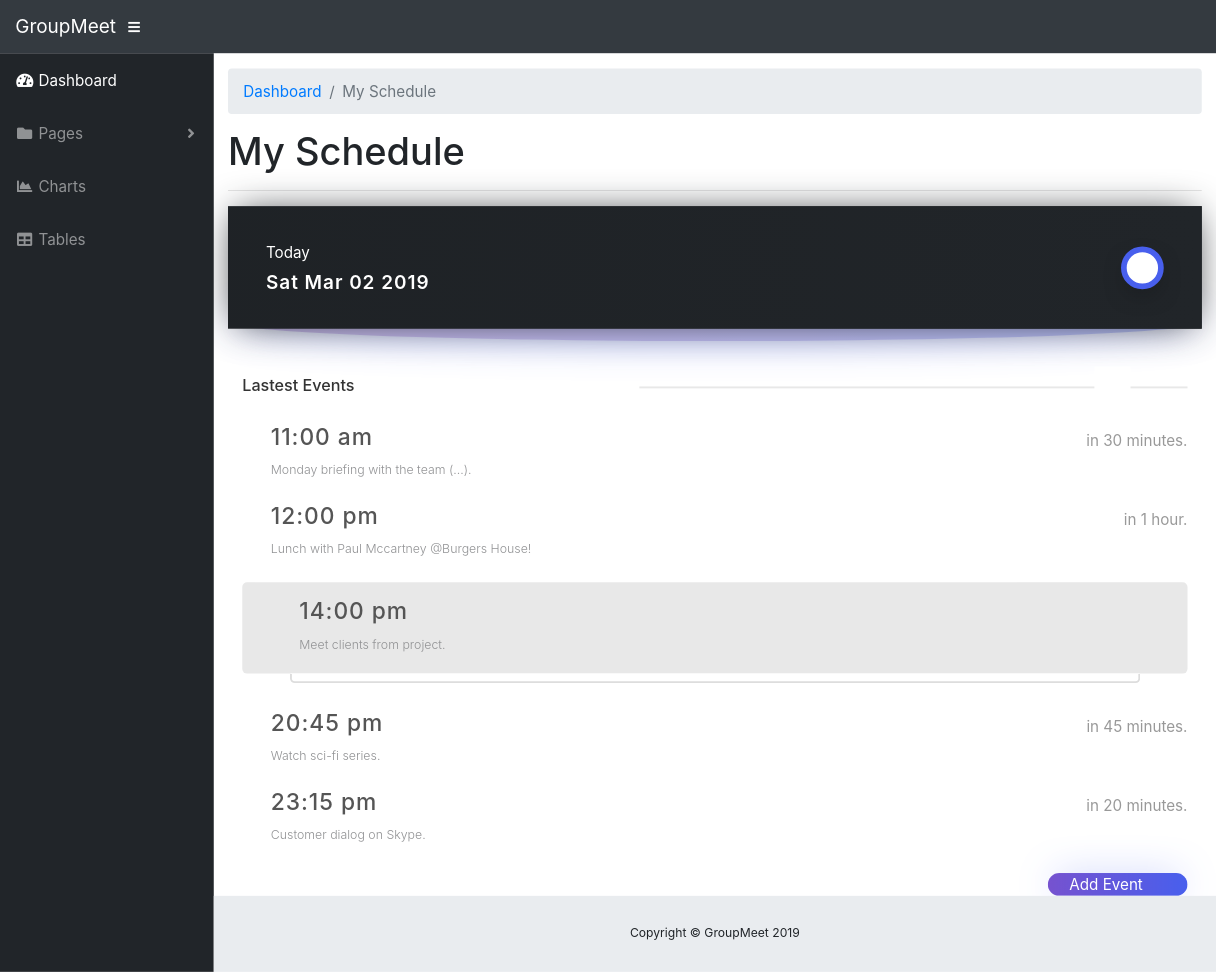
Repository: Map2g/GroupMeet
Page: messing_around.html
The author's editor kept a record of every edit. The page is drawn from the files as they stood at one moment, then again after the next edit.
The browser window is 1280 px wide. The pictures show the whole page, at 95% of full size.

Above is the page before.

### messing_around.html
<!DOCTYPE html>
  <meta charset="utf-8">
  <meta http-equiv="X-UA-Compatible" content="IE=edge">
  <meta name="viewport" content="width=device-width, initial-scale=1, shrink-to-fit=no">
  <meta name="description" content="">
  <meta name="author" content="">

  <title>SB Admin - Dashboard</title>

  <!-- Custom fonts for this template-->
  <link href="vendor/fontawesome-free/css/all.min.css" rel="stylesheet" type="text/css">

  <!-- Page level plugin CSS-->
  <link href="vendor/datatables/dataTables.bootstrap4.css" rel="stylesheet">
  <link href="calendar.css" rel="stylesheet">

  <!-- Custom styles for this template-->
  <link href="css/sb-admin.css" rel="stylesheet">

</head>

<body id="page-top">

  <nav class="navbar navbar-expand navbar-dark bg-dark static-top">

    <a class="navbar-brand mr-1" href="index.html">GroupMeet</a>

    <button class="btn btn-link btn-sm text-white order-1 order-sm-0" id="sidebarToggle" href="#">
      <i class="fas fa-bars"></i>
    </button>

    <!-- Navbar Search
    <form class="d-none d-md-inline-block form-inline ml-auto mr-0 mr-md-3 my-2 my-md-0">
      <div class="input-group">
        <input type="text" class="form-control" placeholder="Search for..." aria-label="Search" aria-describedby="basic-addon2">
        <div class="input-group-append">
          <button class="btn btn-primary" type="button">
            <i class="fas fa-search"></i>
          </button>
        </div>
      </div>
    </form>

    <!-- Navbar
    <ul class="navbar-nav ml-auto ml-md-0">
      <li class="nav-item dropdown no-arrow mx-1">
        <a class="nav-link dropdown-toggle" href="#" id="alertsDropdown" role="button" data-toggle="dropdown" aria-haspopup="true" aria-expanded="false">
          <i class="fas fa-bell fa-fw"></i>
          <span class="badge badge-danger">9+</span>
        </a>
        <div class="dropdown-menu dropdown-menu-right" aria-labelledby="alertsDropdown">
          <a class="dropdown-item" href="#">Action</a>
          <a class="dropdown-item" href="#">Another action</a>
          <div class="dropdown-divider"></div>
          <a class="dropdown-item" href="#">Something else here</a>
        </div>
      </li>
      <li class="nav-item dropdown no-arrow mx-1">
        <a class="nav-link dropdown-toggle" href="#" id="messagesDropdown" role="button" data-toggle="dropdown" aria-haspopup="true" aria-expanded="false">
          <i class="fas fa-envelope fa-fw"></i>
          <span class="badge badge-danger">7</span>
        </a>
        <div class="dropdown-menu dropdown-menu-right" aria-labelledby="messagesDropdown">
          <a class="dropdown-item" href="#">Action</a>
          <a class="dropdown-item" href="#">Another action</a>
          <div class="dropdown-divider"></div>
          <a class="dropdown-item" href="#">Something else here</a>
        </div>
      </li>
      <li class="nav-item dropdown no-arrow">
        <a class="nav-link dropdown-toggle" href="#" id="userDropdown" role="button" data-toggle="dropdown" aria-haspopup="true" aria-expanded="false">
          <i class="fas fa-user-circle fa-fw"></i>
        </a>
        <div class="dropdown-menu dropdown-menu-right" aria-labelledby="userDropdown">
          <a class="dropdown-item" href="#">Settings</a>
          <a class="dropdown-item" href="#">Activity Log</a>
          <div class="dropdown-divider"></div>
          <a class="dropdown-item" href="#" data-toggle="modal" data-target="#logoutModal">Logout</a>
        </div>
      </li>
    </ul>-->

  </nav>

  <div id="wrapper">

    <!-- Sidebar -->
    <ul class="sidebar navbar-nav">
      <li class="nav-item active">
        <a class="nav-link" href="index.html">
          <i class="fas fa-fw fa-tachometer-alt"></i>
          <span>Dashboard</span>
        </a>
      </li>
      <li class="nav-item dropdown">
        <a class="nav-link dropdown-toggle" href="#" id="pagesDropdown" role="button" data-toggle="dropdown" aria-haspopup="true" aria-expanded="false">
          <i class="fas fa-fw fa-folder"></i>
          <span>Pages</span>
        </a>
        <div class="dropdown-menu" aria-labelledby="pagesDropdown">
          <h6 class="dropdown-header">Login Screens:</h6>
          <a class="dropdown-item" href="login.html">Login</a>
          <a class="dropdown-item" href="register.html">Register</a>
          <a class="dropdown-item" href="forgot-password.html">Forgot Password</a>
          <div class="dropdown-divider"></div>
          <h6 class="dropdown-header">Group Management:</h6>
          <a class="dropdown-item" href="register_group.html">Create a Group</a>
          <a class="dropdown-item" href="blank.html">View Group</a>
        </div>
      </li>
      <li class="nav-item">
        <a class="nav-link" href="charts.html">
          <i class="fas fa-fw fa-chart-area"></i>
          <span>Charts</span></a>
      </li>
      <li class="nav-item">
        <a class="nav-link" href="tables.html">
          <i class="fas fa-fw fa-table"></i>
          <span>Tables</span></a>
      </li>
    </ul>

    <div id="content-wrapper">

      <div class="container-fluid">

        <!-- Breadcrumbs-->
        <ol class="breadcrumb">
          <li class="breadcrumb-item">
            <a href="index.html">Dashboard</a>
          </li>
          <li class="breadcrumb-item active">My Schedule</li>
        </ol>

        <!-- Page Content -->
        <h1>My Schedule</h1>
        <hr>

         <!--======= Today =======-->

   <section class="today-box" id="today-box">
      <span class="breadcrumb2">Today</span>  <!--Doesn't work right-->
      <h3 class="date-title"><script>document.write(new Date().toDateString());</script></h3>
      <div class="plus-icon">
         <i class="ion ion-ios-add"></i>
      </div>
   </section>

   <!--======= Upcoming Events =======-->

   <section class="upcoming-events">
      <div class="container">
         <h3>
            Lastest Events

         </h3>
         <div class="events-wrapper">
            <div class="event">
               <i class="ion ion-ios-flame hot"></i>
               <h4 class="event__point">11:00 am</h4>
               <span class="event__duration">in 30 minutes.</span>
               <p class="event__description">
                  Monday briefing with the team (...).
               </p>
            </div>
            <div class="event">
               <i class="ion ion-ios-flame done"></i>
               <h4 class="event__point">12:00 pm</h4>
               <span class="event__duration">in 1 hour.</span>
               <p class="event__description">
                  Lunch with Paul Mccartney @Burgers House!
               </p>
            </div>
            <div class="event active">
               <i class="ion ion-ios-radio-button-on icon-in-active-mode"></i>
               <h4 class="event__point">14:00 pm</h4>
               <p class="event__description">
                  Meet clients from project.
               </p>
            </div>
            <div class="event">
               <i class="ion ion-ios-flame-outline upcoming"></i>
               <h4 class="event__point">20:45 pm</h4>
               <span class="event__duration">in 45 minutes.</span>
               <p class="event__description">
                  Watch sci-fi series.
               </p>
            </div>
            <div class="event">
               <i class="ion ion-ios-flame-outline upcoming"></i>
               <h4 class="event__point">23:15 pm</h4>
               <span class="event__duration">in 20 minutes.</span>
               <p class="event__description">
                  Customer dialog on Skype.
               </p>
            </div>
         </div>
         <button class="add-event-button">
            <span class="add-event-button__title">Add Event</span>

            <span class="add-event-button__icon">
               <i class="ion ion-ios-star-outline"></i>
            </span>


         </button>
      </div>
   </section>


      </div>
      <!-- /.container-fluid -->

      <!-- Sticky Footer -->
      <footer class="sticky-footer">
        <div class="container my-auto">
          <div class="copyright text-center my-auto">
            <span>Copyright © GroupMeet 2019</span>
          </div>
        </div>
      </footer>

    </div>
    <!-- /.content-wrapper -->

  </div>
  <!-- /#wrapper -->

  <!-- Scroll to Top Button-->
  <a class="scroll-to-top rounded" href="#page-top">
    <i class="fas fa-angle-up"></i>
  </a>

  <!-- Logout Modal-->
  <div class="modal fade" id="logoutModal" tabindex="-1" role="dialog" aria-labelledby="exampleModalLabel" aria-hidden="true">
    <div class="modal-dialog" role="document">
      <div class="modal-content">
        <div class="modal-header">
          <h5 class="modal-title" id="exampleModalLabel">Ready to Leave?</h5>
          <button class="close" type="button" data-dismiss="modal" aria-label="Close">
            <span aria-hidden="true">×</span>
          </button>
        </div>
        <div class="modal-body">Select "Logout" below if you are ready to end your current session.</div>
        <div class="modal-footer">
          <button class="btn btn-secondary" type="button" data-dismiss="modal">Cancel</button>
          <a class="btn btn-primary" href="login.html">Logout</a>
        </div>
      </div>
    </div>
  </div>

  <!-- Bootstrap core JavaScript-->
  <script src="vendor/jquery/jquery.min.js"></script>
  <script src="vendor/bootstrap/js/bootstrap.bundle.min.js"></script>

  <!-- Core plugin JavaScript-->
  <script src="vendor/jquery-easing/jquery.easing.min.js"></script>

  <!-- Custom scripts for all pages-->
  <script src="js/sb-admin.min.js"></script>

</body>

</html>

### calendar.css

html {
   box-sizing: border-box;
}

*, *:before, *:after {
   box-sizing: inherit;
}

* {
   outline: 0;
}

/*body {
   background: linear-gradient(45deg, rgb(19, 73, 95), rgb(118, 75, 226), rgb(131, 115, 198), rgb(119, 211, 185));
   background-attachment: fixed;
   height:100vh;
   padding: 3rem 0;
   margin: 0;
   color: #555;
   font: {
      family: 'Lato', sans-serif;
      size: 14px;
   }
}*/

.container {
   width: 90%;
   margin: auto;
}

.mobile-wrapper {
   background: #fff;
   /* relative with .today-box::before*/
   z-index: 1;  /*positive*/ // PARENT
   position: relative;
   /*---------*/
   width: 380px;
   min-height: 100%;
   margin: auto;
   padding: 10px 0 20px;
   border-radius: 10px;
   box-shadow: 0px 10px 30px -10px #000;
   overflow: hidden;

}

/*.header {
   padding-bottom: 15px;
   margin-bottom: 40px;
   .container {
      position: relative;
      span {
         color: #444;
         font: {
            family: 'Ramabhadra';
            size: 21px;
            weight: 700;
         }
      }
      h1 {
         margin-top: 5px;
         color: #919294;
         font: {
            size: 13px;
            weight: 300;
         }
      }

      .menu-toggle {
         width: 25px;
         height: 25px;
         background: #fff;
         padding: 24px;
         border-radius: 50%;
         direction: rtl;
         display: flex;
         align-items: center;
         justify-content: center;
         box-shadow: 0px 10px 30px -14px #000;
         position: absolute;
         top: 0;
         right: 0;
         cursor: pointer;
         span {
            display: block;
            width: 25px;
            height: 2px;
            background: #777;
            border-radius: 2px;
            transition: all 300ms ease;
            &:not(:last-child) {
               margin-bottom: 5px;
            }
            &:first-child {
               width: 20px;
            }
            &:last-child {
               width: 15px;
            }
         }
         &:hover span:first-child,
         &:hover span:last-child {
            width: 100%;
         }
      }
      &::before {
         content: "";
         display: block;
         width: 0;
         height: 0;
         border: 6px solid transparent;
         border-left-color: #e8e8e8;
         position: absolute;
         bottom: -13px;
         right: 0px;
      }
      &::after {
         content: "";
         display: block;
         width: calc(100% - 10px);
         height: 2px;
         background-color: #e8e8e8;
         position: relative;
         top: 8px;
      }
   }
}*/

.today-box {
   background: linear-gradient(to left, #212529, rgba(0, 0, 0, 0.075)), #212529;
   color: #FFF;
   padding: 37px 40px;
   position: relative;
   box-shadow: 0px 0px 40px -9px #212529;
   margin-bottom: 50px;
   &::before {
      content: "";
      background: linear-gradient(to left, #485fed, rgba(255, 44, 118, .25)), #485fed;
      opacity: 0.4;
      z-index: -1; // CHILD /*negative*/ /* relative with .mobile-wrapper it's his parent background*/
      display: block;
      width: 100%;
      height: 40px;
      margin: auto;
      position: absolute;
      bottom: -13px;
      left: 50%;
      transform: translatex(-50%);
      border-radius: 50%;
      box-shadow: 0px 0px 40px 0 #485fed;
   }
   .breadcrumb {
      font-weight: 300;
      position: relative;
      &::after {
         content: "\f3d1";
         font-family: 'Ionicons';
         vertical-align: middle;
         font-size: 12px;
         font-weight: 100;
         display: inline-block;
         color: #fff;
         text-align: center;
         position: absolute;
         left: 45px;
         top: 3px;
      }
   }
   .date-title {
      font-size: 20px;
      margin: 7px 0 0 0;
      letter-spacing: 1px;
      font-weight: 600;
      text-shadow: 0px 0px 5px  rgba(#000, 0.15);

   }
   .plus-icon {
      border: 2px solid rgba(#FFF, 0.6);
      border-radius: 50%;
      box-shadow: 0px 10px 30px -14px #000;
      position: absolute;
      top: 50%;
      transform: translateY(-50%);
      right: 40px;
      cursor: pointer;
      transition: all 350ms ease;
      transition-timing-function: cubic-bezier(0.05,1.8,1,1.57);
      &:hover {
         transform: translateY(-40%);
      }
      i {
         font-size: 22px;
         font-weight: 700;
         background: #fff;
         color: #777;
         width: 45px;
         height: 45px;
         border: 6px solid #485fed;
         border-radius: 50%;
         display: flex;
         align-items: center;
         justify-content: center;
      }
      &:active {
         top: 52%;
         transform: translatey(-52%);
         right: 38px;
         box-shadow: 0px 8px 30px -14px #000;

      }
   }
}


.upcoming-events {
   .container {
      h3 {
         color: #333;
         font-size: 17px;
         margin-bottom: 30px;
         position: relative;
         &::before {
            content: "";
            display: block;
            width: 58%;
            height: 2px;
            background-color: #e8e8e8;
            position: absolute;
            top: 60%;
            transform: translatey(-60%);
            right: 0;
         }
         &::after {
            content: "\f3ff";
            font-family: 'Ionicons';
            color: rgba(0, 0, 0, 0.1);
            vertical-align: middle;
            font-size: 36px;
            font-weight: 100;
            display: inline-block;
            background: #fff;
            color: #919294;
            width: 38px;
            text-align: center;
            position: absolute;
            right: 60px;
            top: -10px;
         }
      }
      .events-wrapper {
         margin-bottom: 30px;
         .event {
            position: relative;
            margin-bottom: 25px;
            padding-left:30px;
            cursor: pointer;
            i {
               font-size: 24px;
               font-weight: 100;
               position: absolute;
               left: 0;
               top: -4px;
            }
            .event__point {
               margin: 0;
               color: #555;
               font: {
                  size: 15px;
                  weight: 800;
               }
               letter-spacing: 1px;
            }
            .event__duration {
               position: absolute;
               top: 5px;
               right: 0;
               color: #999;
               font: {
                  size: 10px;
                  weight: 800;
                  style: italic;
               }
            }
            .event__description {
               margin-top: 10px;
               color: #919294;
               font-size: 13px;
               font-weight: 300;

            }
            &.active {
               background: #e8e8e8;
               padding: 17px 0 5px 60px;
               margin-bottom: 38px;
               border-radius: 5px;
               &::after {
                  content:"";
                  display: block;
                  width: 90%;
                  height: 10px;
                  background: #fff;
                  border: 2px solid #ddd;
                  border-top:0;
                  border-radius: 0 0 5px 5px;
                  position: absolute;
                  bottom: -10px;
                  left: 50%;
                  transform: translatex(-50%);
               }
               i {
                  position: absolute;
                  left: 25px;
                  top: 17px;
               }
               .event__description {
                  &::before,
                  &::after {
                     content: "\f3d1";
                     font-family: 'Ionicons';
                     font-size: 32px;
                     display: inline-block;
                     color: #919294;
                     text-align: center;
                     position: absolute;
                     right: 30px;
                     top: 50%;
                     transform: translateY(-50%);
                     cursor: pointer;
                  }
                  &::before {
                     right: 45px;
                     font-size: 22px;
                     transition: all 550ms ease;
                     transition-timing-function: cubic-bezier(0.05,1.8,1,1.57);
                  }
               }
               &:hover .event__description::before {
                  transform: translate(15px, -12px);
               }
            }
         }
      }
   }
}


.hot {
   color: #ee6b51;
}

.done {
   color: #999 !important;
}

.icon-in-active-mode {
   color: #43ff28;
   font-size: 20px !important;
}

.upcoming {
   font-weight: bold;
   color: #777

}


.add-event-button {
   display: flex;
   align-items: center;
   margin-left: auto;
   border: 0;
   padding: 0;
   background: linear-gradient(to left, #485fed, rgba(255, 44, 118, .25)), #485fed;
   border-radius: 50px;
   cursor: pointer;
   box-shadow: 0px 0px 40px -9px #485fed;
   &:active {
      position: relative;
      top: 2px;
      left: 2px;
   }
   .add-event-button__title{
      color: #FFF;
      padding: 0 18px 0 23px;
      text-shadow: 0px 0px 5px  rgba(#000, 0.2);
      font: {
         family: 'Lato';
         size: 15px;
         weight: 600;
      }
   }
   .add-event-button__icon {
      display: inline-block;
      background: rgba(#FFF, 0.1);
      padding: 0 17px 0 12px;
      height: 100%;
      i {
         margin: 0;
         color: #fff;
         font-size: 25px;
         padding: 13px 0;
      }
   }
}

Loaded but not shown: vendor/fontawesome-free/css/all.min.css (library); vendor/datatables/dataTables.bootstrap4.css (library); css/sb-admin.css (library); vendor/jquery/jquery.min.js (library); vendor/bootstrap/js/bootstrap.bundle.min.js (library); vendor/jquery-easing/jquery.easing.min.js (common file); js/sb-admin.min.js (common file)

After the next edit:
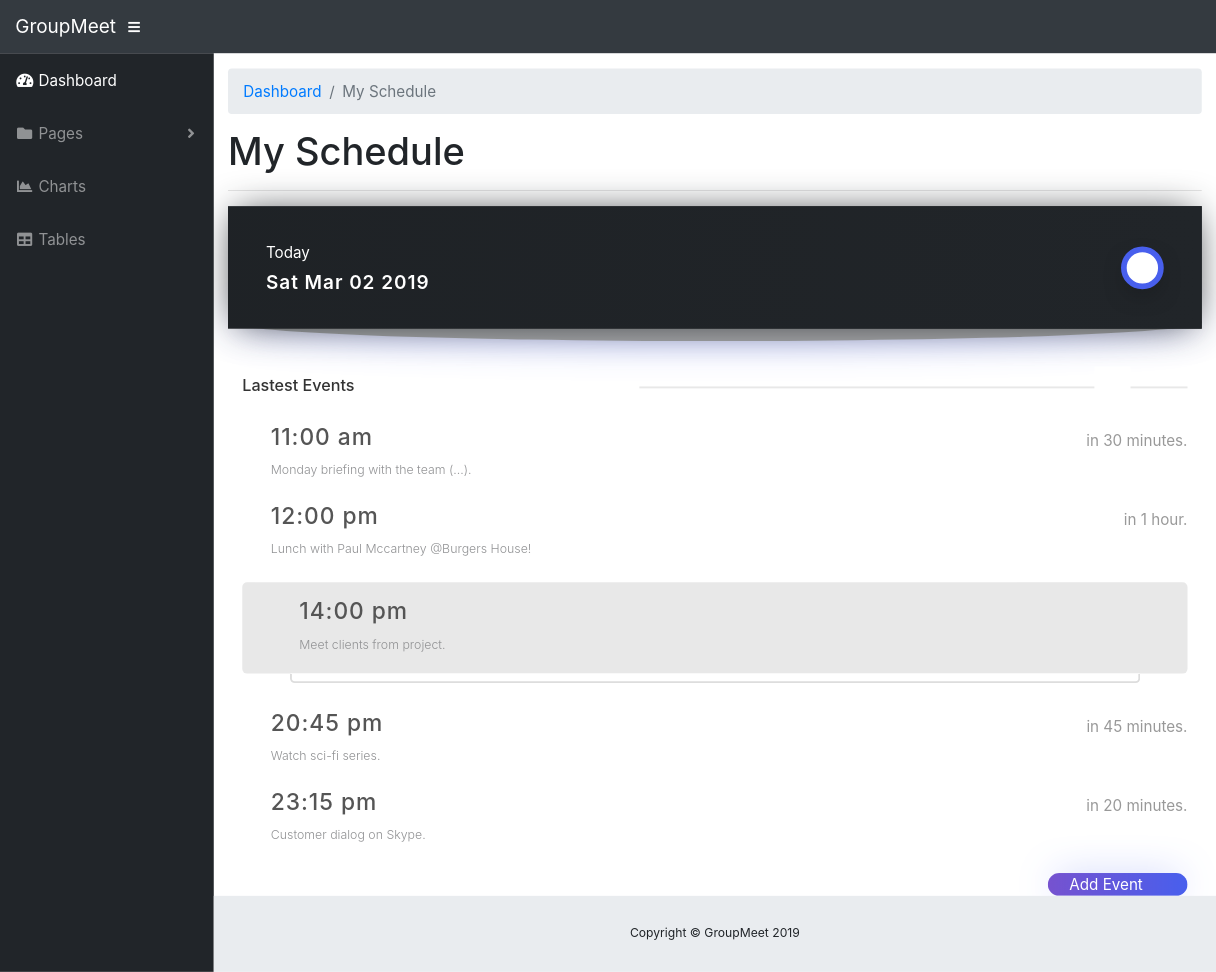
The edit:
--- a/calendar.css
+++ b/calendar.css
@@ -136,7 +136,7 @@
    margin-bottom: 50px;
    &::before {
       content: "";
-      background: linear-gradient(to left, #485fed, rgba(255, 44, 118, .25)), #485fed;
+      background: linear-gradient(to left, #212529, rgba(0, 0, 0, 0.075)), #212529;
       opacity: 0.4;
       z-index: -1; // CHILD /*negative*/ /* relative with .mobile-wrapper it's his parent background*/
       display: block;
